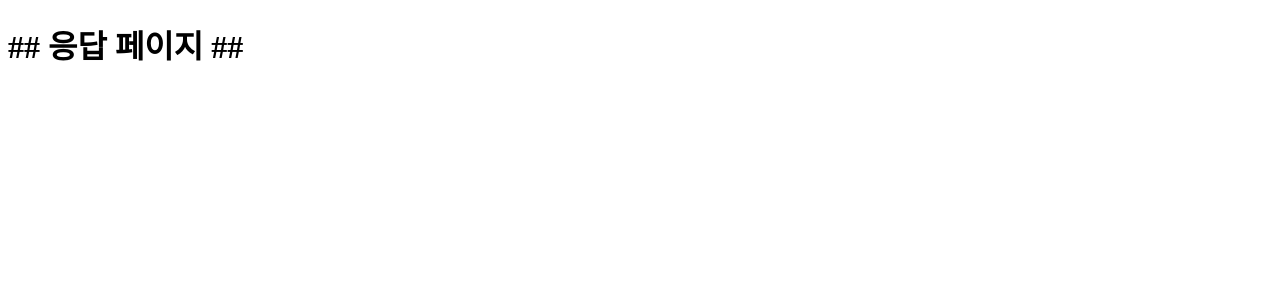
Repository: kkh1396/kh_front
Page: http://localhost/1.servlet/views/responsePage.jsp
An editor plug-in stored every save of this project. The page is shown before and after the next save, followed by the edit.
The browser window is 1280 px wide. The pictures show the whole page.
The page is served by Tomcat 9.

Above is the page before, as saved 2025-03-19 05:47:48.

After the next save:
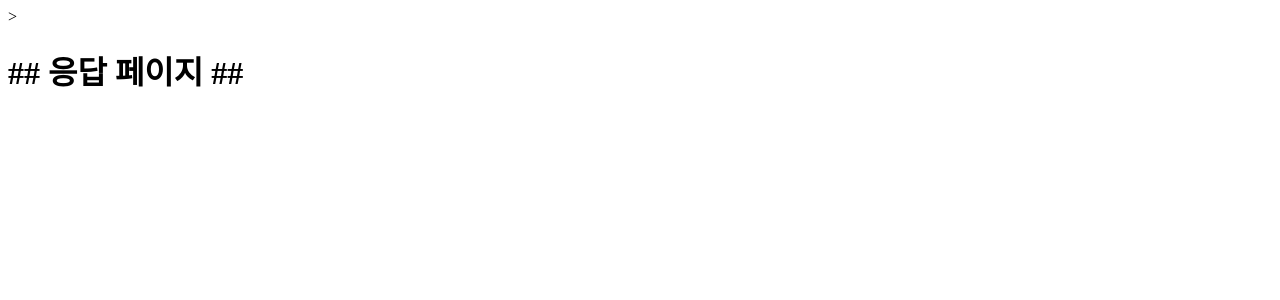
Saved 19 min 56 s later.
--- a/05_server/1.servlet/src/main/webapp/views/responsePage.jsp
+++ b/05_server/1.servlet/src/main/webapp/views/responsePage.jsp
@@ -8,6 +8,9 @@
 </head>
 <body>
 
+	<!-- HTML 주석 -->
+	<%-- jsp 주석 --%>>
+
  	<h1>## 응답 페이지 ##</h1>
 </body>
 </html>

After the save that followed:
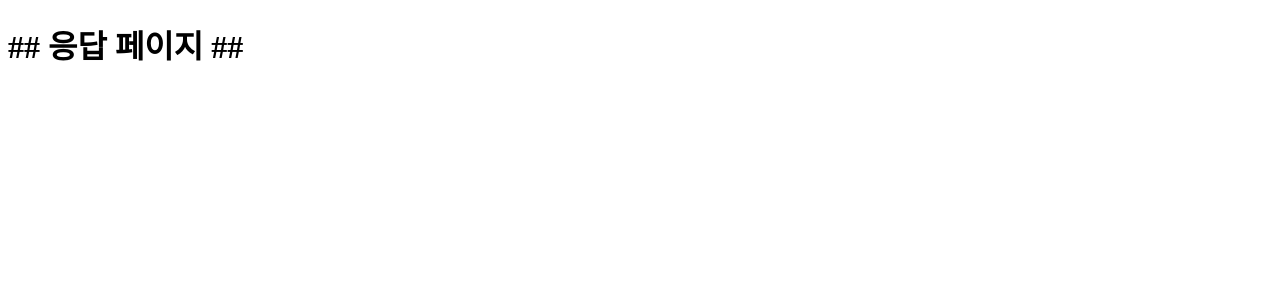
Saved 13 s later.
--- a/05_server/1.servlet/src/main/webapp/views/responsePage.jsp
+++ b/05_server/1.servlet/src/main/webapp/views/responsePage.jsp
@@ -9,7 +9,7 @@
 <body>
 
 	<!-- HTML 주석 -->
-	<%-- jsp 주석 --%>>
+	<%-- jsp 주석 --%>
 
  	<h1>## 응답 페이지 ##</h1>
 </body>
